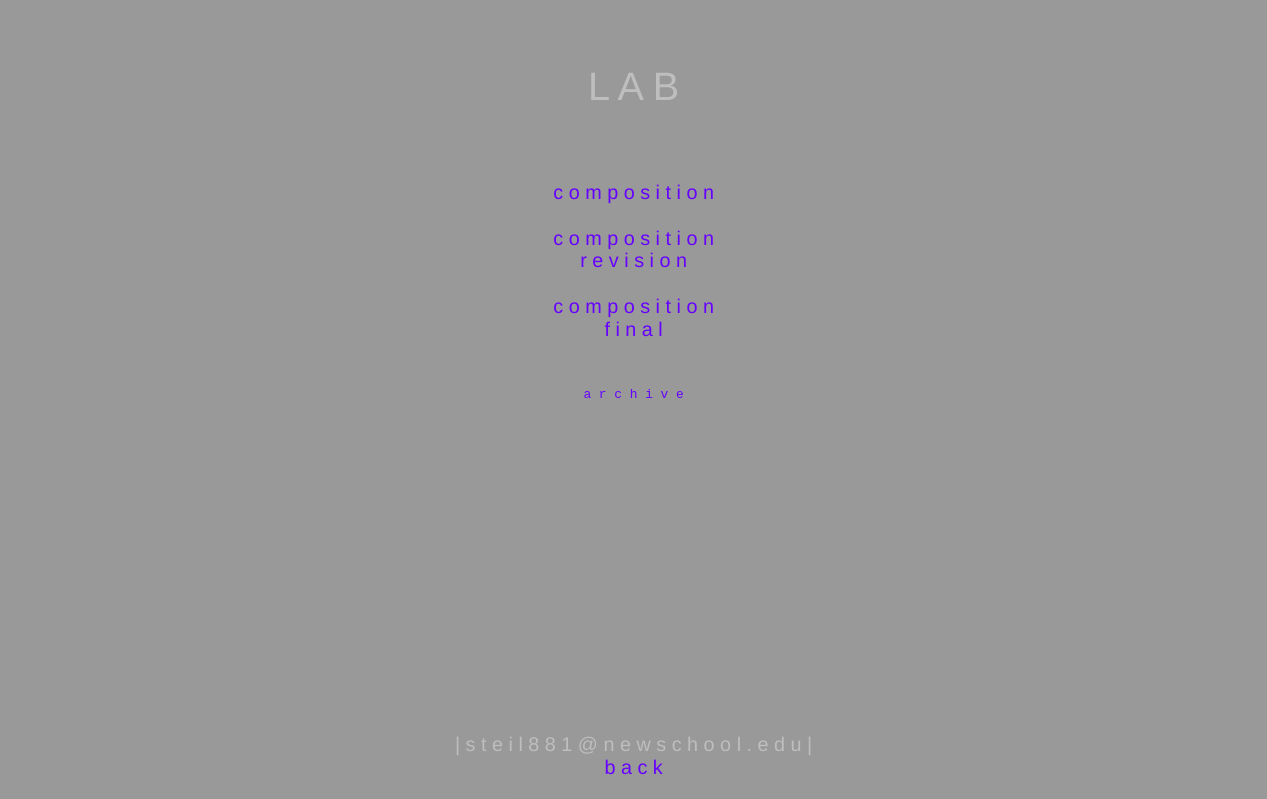
Repository: steil881/steil881.github.io
Page: lab/archive/index.html
The author's editor kept a record of every edit. The page is drawn from the files as they stood at one moment, then again after the next edit.
The browser window is 1280 px wide. The pictures show the whole page, at 99% of full size.

Above is the page before.

### lab/archive/index.html
<html>
    <head>
       <title>| interactive lab |</title>
       <style>

         h1 {
           font-family: 'Helvetica Neue', Helvetica, Arial, sans-serif;
           color: #BEBEBE;
           font-weight: lighter;
           font-size: 40px;
         }

         h2 {
           font-family: 'Helvetica Neue', Helvetica, Arial, sans-serif;
           font-weight: lighter;
           font-size: 20px;
         }

         h3 {
           font-family: 'Helvetica Neue', Helvetica, Arial, sans-serif;
           font-weight: lighter;
           font-size: 20px;
         }

        body {
           background-color: #999999;
           color: #BEBEBE;
        }

        a:link {
         color: #6600FF;
        }

        a:hover {
        color: #BEBEBE;
        }

        a:visited {
        background-color: none;
        }

       </style>
    </head>
    <body>
      <code>
        <center>

        <br>
        <br>

        <h1>L A B</h1>

        <br>
        <br>

        <h2>
        <a href="composition/original/index.html" style="text-decoration:none" font-family= "'Helvetica Neue', Helvetica, Arial, sans-serif;">c o m p o s i t i o n</a>

        <br>
        <br>

        <a href="composition/revision/index.html" style="text-decoration:none" font-family= "'Helvetica Neue', Helvetica, Arial, sans-serif;">c o m p o s i t i o n <br> r e v i s i o n</a>

        <br>
        <br>

        <a href="composition/final/index.html" style="text-decoration:none" font-family= "'Helvetica Neue', Helvetica, Arial, sans-serif;">c o m p o s i t i o n <br> f i n a l</a>
        </h2>

        <br>
        <br>

        <a href="archive/index.html" style="text-decoration:none" font-family= "'Helvetica Neue', Helvetica, Arial, sans-serif;">a r c h i v e</a>

        <br>
        <br>
        <br>
        <br>
        <br>
        <br>
        <br>
        <br>
        <br>
        <br>
        <br>
        <br>
        <br>
        <br>
        <br>
        <br>
        <br>
        <br>
        <br>
        <br>
        <br>
        <br>

        <h3>
            | s t e i l 8 8 1 @ n e w s c h o o l . e d u |

            <br>

            <a href="../index.html" style="text-decoration:none" font-family= "'Helvetica Neue', Helvetica, Arial, sans-serif;"> b a c k </a>

        </h3>


        </center>
      </code>
    </body>
</html>

After the next edit:
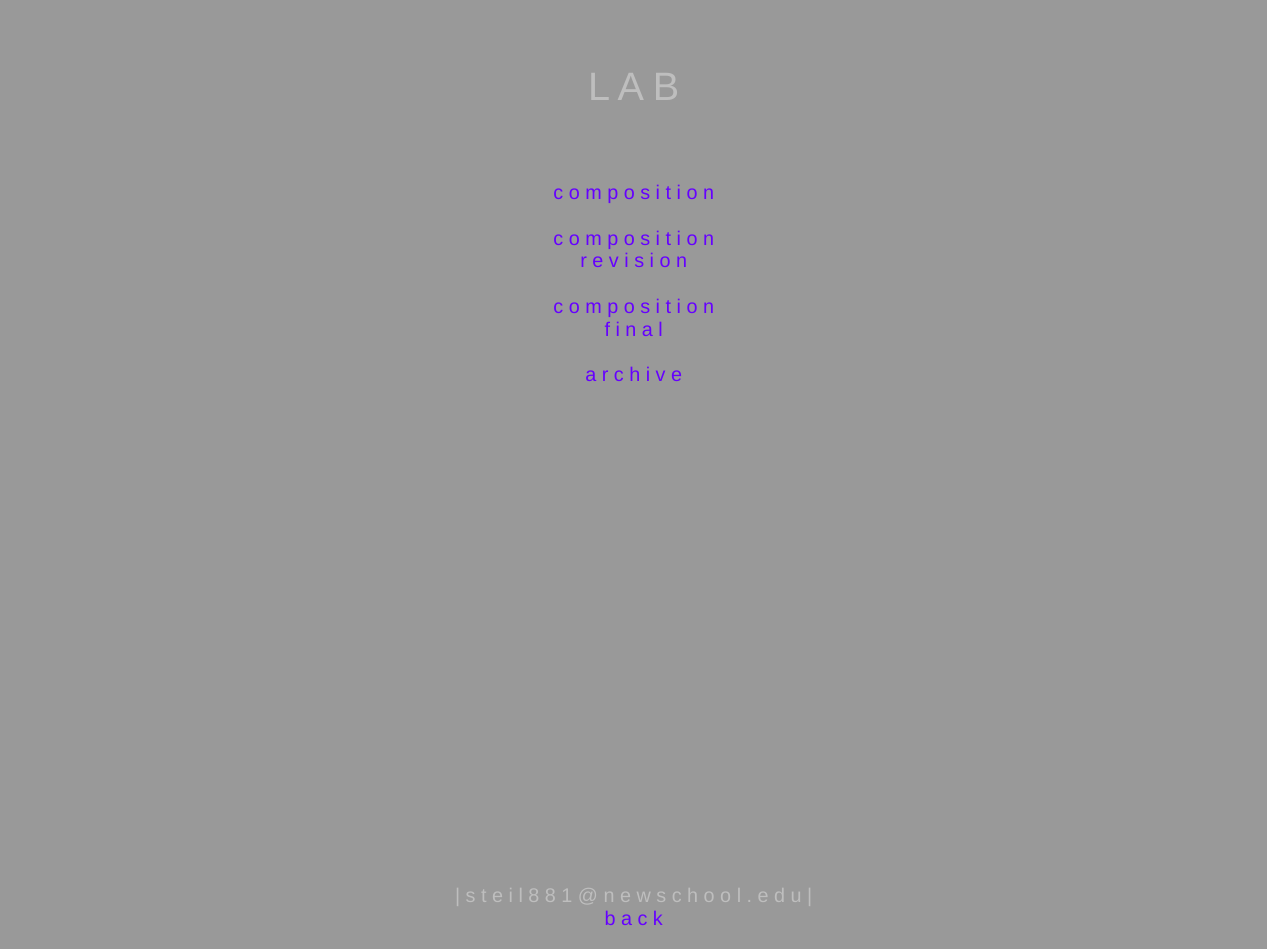
The edit:
--- a/lab/archive/index.html
+++ b/lab/archive/index.html
@@ -65,7 +65,6 @@
         <br>
 
         <a href="composition/final/index.html" style="text-decoration:none" font-family= "'Helvetica Neue', Helvetica, Arial, sans-serif;">c o m p o s i t i o n <br> f i n a l</a>
-        </h2>
 
         <br>
         <br>
